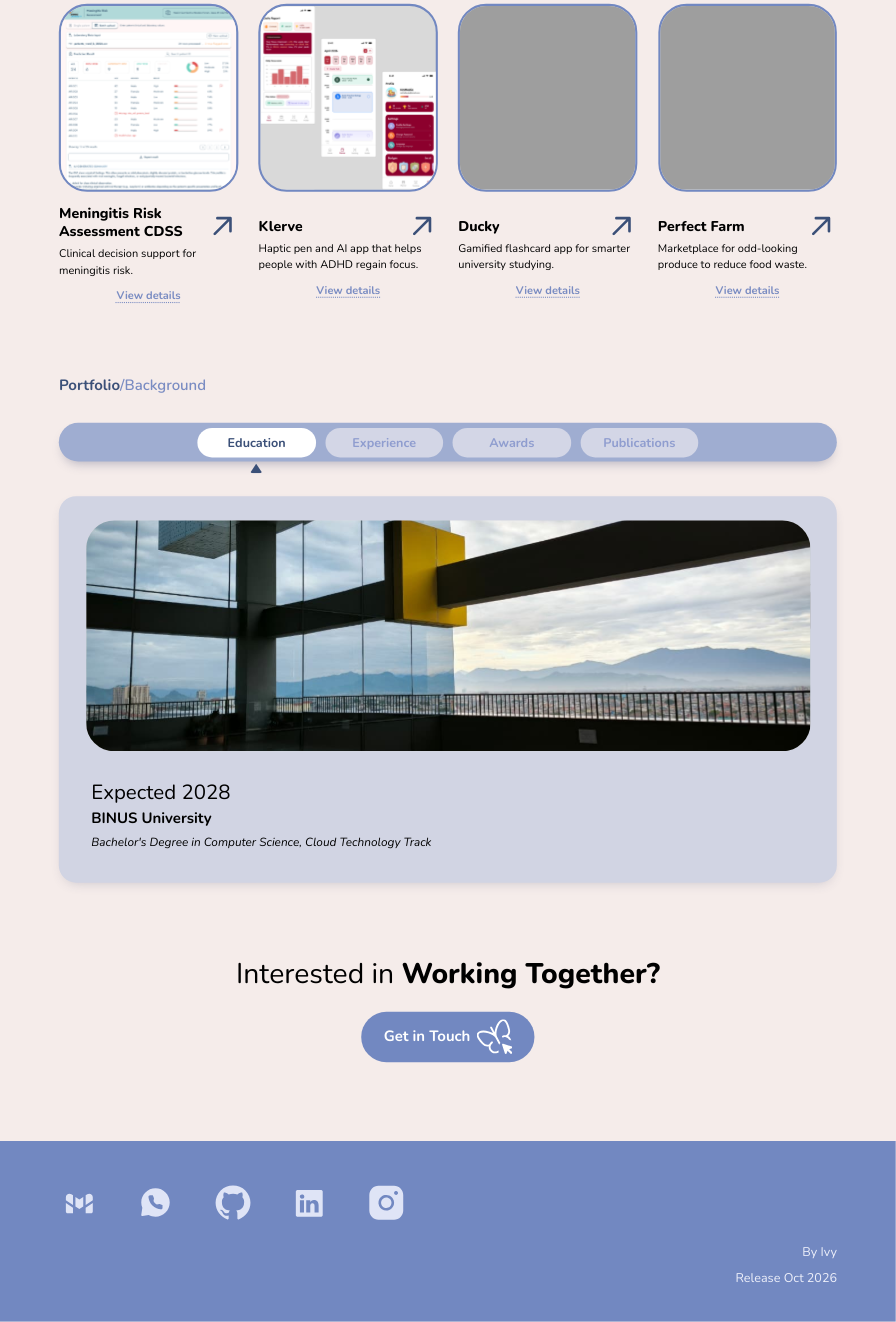
Repository: L-vy/L-vy
Page: /
An editor plug-in stored every save of this project. The page is shown before and after the next save, followed by the edit.
The browser window is 1280 px wide. The pictures show the part of the page from y = 1338 to 3258 px (the page is 3227 px tall before and 3258 px after), at 70% of full size.
Pictures or frames that could not be fetched are drawn as grey boxes. Some web fonts or font styles are not loaded; a fallback is used. The project was rebuilt for these pictures with package versions that can differ from the ones it lists, and the page was loaded fresh each time. Also part of the build but not shown: vite.config.ts, src/components/ExperienceBinder.tsx, src/components/FolderCard.tsx, src/components/ProjectSidebar.tsx, src/pages/ProjectDetails.tsx.

Above is the page before, as saved 2026-10-07 22:01:02.

### index.html
<!doctype html>
<html lang="en">
  <head>
    <meta charset="UTF-8" />
    <meta name="viewport" content="width=device-width, initial-scale=1.0" />
    <meta name="description" content="Portfolio of Latasha Ivy Khoe, Computer Science student specializing in Cloud Technology, UI/UX design and full-stack development." />
    <meta name="theme-color" content="#7288c1" />
    <link rel="icon" href="/images/ivy-logo.svg" />
    <link rel="preconnect" href="https://fonts.googleapis.com" />
    <link rel="preconnect" href="https://fonts.gstatic.com" crossorigin />
    <link href="https://fonts.googleapis.com/css2?family=Nunito:ital,wght@0,400;0,600;0,700;0,800;1,400&family=Playwrite+US+Modern:wght@100..400&display=swap" rel="stylesheet" />
    <title>Latasha Ivy Khoe | Portfolio</title>
  </head>
  <body>
    <div id="root"></div>
    <script type="module" src="/src/main.tsx"></script>
  </body>
</html>

### src/main.tsx
import { StrictMode } from 'react'
import { createRoot } from 'react-dom/client'
import App from './App'
import './styles.css'
createRoot(document.getElementById('root')!).render(<StrictMode><App /></StrictMode>)

### src/App.tsx
import { BrowserRouter, Route, Routes } from 'react-router-dom'
import Home from './pages/Home'
import ProjectDetails from './pages/ProjectDetails'
import CursorCircle from './components/CursorCircle'
export default function App() {
  return (
    <BrowserRouter>
      <CursorCircle />
      <Routes>
        <Route path="/" element={<Home />} />
        <Route path="/recentworks/:id" element={<ProjectDetails />} />
        <Route path="*" element={<Home />} />
      </Routes>
    </BrowserRouter>
  )
}

### src/pages/Home.tsx
import { useEffect } from 'react'
import { useLocation } from 'react-router-dom'
import Navbar from '../components/Navbar'
import Hero from '../components/Hero'
import Skills from '../components/Skills'
import RecentWorks from '../components/RecentWorks'
import Background from '../components/Background'
import ContactSection from '../components/ContactSection'
import Footer from '../components/Footer'
import { pulseContact, scrollToId } from '../components/useGoTo'
export default function Home() {
  const { state } = useLocation() as { state: { scrollTo?: string; pulse?: boolean } | null }
  useEffect(() => {
    if (!state?.scrollTo) { window.scrollTo(0, 0); return }
    const t = setTimeout(() => { scrollToId(state.scrollTo!); if (state.pulse) setTimeout(pulseContact, 700) }, 80)
    return () => clearTimeout(t)
  }, [state])
  return (
  <div style={{transform: 'scale(1.50)',transformOrigin: 'top left',width: '66.667%'}}>
    <>
    <Navbar />
    <main className="page"><Hero /><Skills /><RecentWorks /><Background /><ContactSection /></main>
    <Footer />
    </>
  </div>
  )
}

### src/components/CursorCircle.tsx
import { useEffect, useRef } from 'react'
// Soft circle that follows the pointer and expands over buttons/links. Hidden on touch devices.
export default function CursorCircle() {
  const ref = useRef<HTMLDivElement>(null)
  useEffect(() => {
    if (!window.matchMedia('(hover: hover) and (pointer: fine)').matches) return
    const el = ref.current!
    const move = (e: MouseEvent) => {
      const over = (e.target as Element | null)?.closest('a,button,[data-cursor]')
      el.style.transform = `translate(${e.clientX}px,${e.clientY}px) translate(-50%,-50%) scale(${over ? 1 : 0})`
    }
    const leave = () => { el.style.transform = 'translate(-100px,-100px) scale(0)' }
    window.addEventListener('mousemove', move); document.addEventListener('mouseleave', leave)
    return () => { window.removeEventListener('mousemove', move); document.removeEventListener('mouseleave', leave) }
  }, [])
  return <div ref={ref} className="cursor-circle" aria-hidden="true" />
}

### src/components/Navbar.tsx
import { useEffect, useState } from 'react'
import Icon from './Icon'
import { site } from '../data/site'
import { useGoTo } from './useGoTo'
const tabs = [
  { id: 'home', label: 'Home' },
  { id: 'recent-works', label: 'Recent Works' },
  { id: 'background', label: 'Background' },
]
export default function Navbar() {
  const go = useGoTo(); const [active, setActive] = useState('home')
  useEffect(() => {
    const io = new IntersectionObserver((es) => es.forEach(e => e.isIntersecting && setActive(e.target.id)), { rootMargin: '-40% 0px -55% 0px' })
    tabs.forEach(t => { const el = document.getElementById(t.id); el && io.observe(el) })
    return () => io.disconnect()
  }, [])
  return (
    <header className="nav">
      <nav className="nav-tabs" aria-label="Primary">
        {tabs.map(t => (
          <button key={t.id} className={`nav-tab ${active === t.id ? 'active' : ''}`} aria-label={t.label}
            aria-current={active === t.id ? 'page' : undefined} onClick={() => go(t.id)}>
            {t.id === 'home' ? <img src={site.images.logo} alt="" /> : t.id === 'recent-works' ? <Icon name="recent-works" size={34} /> : <Icon name="background" size={34} />}
          </button>
        ))}
      </nav>
    </header>
  )
}

### src/components/Hero.tsx
import Icon from './Icon'
import { site } from '../data/site'
import { useGoTo } from './useGoTo'
export default function Hero() {
  const go = useGoTo()
  return (
    <section id="home" className="hero">
      <div className="hero-top"><p className="path"><b>Portfolio</b>/Home</p><button className="contact-link" onClick={() => go('contact', true)}>Contact Me</button></div>
      <div className="hero-grid">
        <img className="hero-photo" src={site.images.profile} alt={`Portrait of ${site.name}`}/>
        <div>
          <img className="hello" src={site.images.hello} alt="Hello!" />
          <h1>I’m {site.name}</h1>
          <p className="lead">{site.bio}</p>
          <div className="actions">
            <button className="btn" onClick={() => go('recent-works')}>View my work <Icon name="arrow-right" size={22} /></button>
            <a className="link-dotted grey" href={site.resume} download>Download Resume</a>
          </div>
        </div>
      </div>
      <img className="butterfly" src={site.images.butterfly} alt="" />
    </section>
  )
}

### src/components/Skills.tsx
import { site } from '../data/site'
import Reveal from './Reveal'
export default function Skills() {
  return (
    <Reveal className="intro">
      <p className="intro-text">{site.about}</p>
      <ul className="pills" aria-label="Skills">{site.skills.map(s => <li key={s} className="pill">{s}</li>)}</ul>
    </Reveal>
  )
}

### src/components/RecentWorks.tsx
import { projects } from '../data/projects'
import ProjectCard from './ProjectCard'
import Reveal from './Reveal'
export default function RecentWorks() {
  return (
    <section id="recent-works" className="section">
      <p className="path"><b>Portfolio</b>/RecentWork</p>
      <Reveal className="cards">{projects.slice(0, 4).map(p => <ProjectCard key={p.id} p={p} />)}</Reveal>
    </section>
  )
}

### src/components/Background.tsx
import { useState } from 'react'
import { education, awards, publications } from '../data/background'
import ExperienceBinder from './ExperienceBinder'
import FolderCard from './FolderCard'
import Reveal from './Reveal'
const tabs = ['Education', 'Experience', 'Awards', 'Publications'] as const
type Tab = typeof tabs[number]
export default function Background() {
  const [tab, setTab] = useState<Tab>('Education')
  return (
    <section id="background" className="section">
      <p className="path"><b>Portfolio</b>/Background</p>
      <div className="tabbar" role="tablist" aria-label="Background categories">
        {tabs.map(t => (
          <div key={t} className="tabwrap">
            <button role="tab" aria-selected={tab === t} className={`tab ${tab === t ? 'on' : ''}`} onClick={() => setTab(t)}>{t}</button>
            {tab === t && <span className="pointer" aria-hidden="true" />}
          </div>))}
      </div>
      <div className={`panel ${tab === 'Experience' ? 'bound' : ''}`}>
        <Reveal key={tab} className="fill">
          {tab === 'Education' && (
            <div className="banner">
              <img className="banner-img" src={education.image} alt="BINUS University" loading="lazy" />
              <div className="tx"><h2 className="fx">{education.year}</h2><h3>{education.school}</h3><p>{education.degree}</p></div>
            </div>)}
          {tab === 'Experience' && <ExperienceBinder />}
          {tab === 'Awards' && <div className="folders">{awards.map(c => <FolderCard key={c.title} c={c} />)}</div>}
          {tab === 'Publications' && <div className="folders">{publications.map(c => <FolderCard key={c.title} c={c} />)}</div>}
        </Reveal>
      </div>
    </section>
  )
}

### src/components/ContactSection.tsx
import Icon from './Icon'
import { useGoTo } from './useGoTo'
export default function ContactSection() {
  const go = useGoTo()
  return (
    <section id="contact" className="contact">
      <h2>Interested in <b>Working Together?</b></h2>
      <button className="btn blue" onClick={() => go('contact', true)}>Get in Touch <Icon name="butterfly-cursor" size={34} /></button>
    </section>
  )
}

### src/components/Footer.tsx
import { useEffect, useState } from 'react'
import Icon from './Icon'
import { site, socialLinks } from '../data/site'
const items = [
  { k: 'email', label: 'Email', icon: 'mail' }, { k: 'whatsapp', label: 'WhatsApp', icon: 'whatsapp' },
  { k: 'github', label: 'GitHub', icon: 'github' }, { k: 'linkedin', label: 'LinkedIn', icon: 'linkedin' }, { k: 'instagram', label: 'Instagram', icon: 'instagram' },
] as const
export default function Footer() {
  const [pulse, setPulse] = useState('')
  useEffect(() => {
    const run = () => { setPulse('email'); setTimeout(() => setPulse('whatsapp'), 600); setTimeout(() => setPulse(''), 1300) }
    window.addEventListener('contact-pulse', run); return () => window.removeEventListener('contact-pulse', run)
  }, [])
  return (
    <footer className="footer">
      <ul>{items.map(({ k, label, icon }) => (<li key={k}><a href={socialLinks[k]} aria-label={label} target={k === 'email' ? undefined : '_blank'} rel="noreferrer" className={`ci ${pulse === k ? 'pulse' : ''}`}><Icon name={icon} size={40} /></a></li>))}</ul>
      <p className="footer-by">{site.footer.by}<br />{site.footer.release}</p>
    </footer>
  )
}

### src/components/useGoTo.ts
import { useLocation, useNavigate } from 'react-router-dom'
export const pulseContact = () => window.dispatchEvent(new Event('contact-pulse'))
export function scrollToId(id: string) {
  if (id === 'contact') { window.scrollTo({ top: document.documentElement.scrollHeight, behavior: 'smooth' }); return }
  document.getElementById(id)?.scrollIntoView({ behavior: 'smooth', block: 'start' }) }
/** Navigate to a section on the home page from anywhere. */
export function useGoTo() {
  const nav = useNavigate(); const { pathname } = useLocation()
  return (id: string, pulse = false) => {
    if (pathname === '/') { scrollToId(id); if (pulse) setTimeout(pulseContact, 700) }
    else nav('/', { state: { scrollTo: id, pulse } })
  }
}

### src/components/Icon.tsx
export default function Icon({ name, size = 24, raw = false }: { name: string; size?: number; raw?: boolean }) {
  if (raw) return <img className="icon" src={`/icons/${name}.svg`} alt="" width={size} height={size} />
  const mask = `url(/icons/${name}.svg) center / contain no-repeat`
  return <span className="icon" aria-hidden="true" style={{ display: 'inline-block', width: size, height: size, backgroundColor: 'currentColor', WebkitMask: mask, mask }} />
}

### src/data/site.ts
export const site = {
  name: 'Latasha Ivy Khoe',
  headline: 'Computer Science Student, Cloud Technology',
  bio: 'Computer Science student in cloud technology, UI/UX design, and full-stack programming.',
  about: 'I am a Computer Science student at Bina Nusantara University with a strong background as a published researcher in computer science. I have a deep passion for technology and am currently expanding my expertise in cloud technology, UI/UX design, and full-stack programming. Alongside my technical skills, I am active in student organizations and multidisciplinary problem-solving. My career interest lies in pursuing professional growth within cloud engineering, software development, and innovative tech solutions.',
  skills: ['C++', 'JavaScript', 'HTML', 'CSS', 'Python', 'MySQL', 'Git', 'GitHub', 'Canva', 'Figma'],
  footer: { by: 'By Ivy', release: 'Release Oct 2026' },
  resume: '/resume/ivy-resume.pdf',
  images: { profile: '/images/profile.svg', logo: '/images/ivy-logo.svg', hello: '/images/hello.svg', butterfly: '/images/butterfly.svg' },
}
export const socialLinks = {
  email: 'mailto:latasha.ivy.khoe.2006@gmail.com',
  whatsapp: 'https://wa.me/6282122269122',
  github: 'https://github.com/L-vy',
  linkedin: 'https://www.linkedin.com/in/latasha-ivy-khoe',
  instagram: 'https://www.instagram.com/livy_khu',
}

### src/components/Reveal.tsx
import { useEffect, useRef, useState, type ReactNode } from 'react'
export default function Reveal({ children, className = '' }: { children: ReactNode; className?: string }) {
  const ref = useRef<HTMLDivElement>(null); const [on, setOn] = useState(false)
  useEffect(() => {
    const io = new IntersectionObserver(([e]) => { if (e.isIntersecting) { setOn(true); io.disconnect() } }, { threshold: 0.1 })
    if (ref.current) io.observe(ref.current); return () => io.disconnect()
  }, [])
  return <div ref={ref} className={`reveal ${on ? 'in' : ''} ${className}`}>{children}</div>
}

### src/components/ProjectCard.tsx
import { Link } from 'react-router-dom'
import Icon from './Icon'
import type { Project } from '../data/projects'
export default function ProjectCard({ p }: { p: Project }) {
  return (
    <article className="card">
      <Link to={`/recentworks/${p.id}`} className="card-img" aria-label={`Open ${p.title}`}>
        <img src={p.image} alt={`${p.title} screenshot`} loading="lazy" width={400} height={420} />
      </Link>
      <div className="card-title"><h3 className="clamp" title={p.title}>{p.title}</h3><Icon name="arrow-up-right" size={30} /></div>
      <p className="card-sum">{p.shortDescription}</p>
      <div className="card-links">
        <Link className="link-dotted" to={`/recentworks/${p.id}`}>View details</Link>
      </div>
    </article>
  )
}

### src/data/background.ts
export interface CardEntry { title: string; sub: string; text: string; date: string; image?: string; link?: string; hint?: string }
export interface OrgItem { title: string; text: string; listTitle: string; list: string[] }
export const education = { image: '/images/education.svg', year: 'Expected 2028', school: 'BINUS University', degree: "Bachelor's Degree in Computer Science, Cloud Technology Track" }
// In text fields, **double asterisks** render as bold.
export interface OrgItem { title: string; text: string; listTitle: string; list: string[]; photos?: string[] }
export const experience = {
  organization: [
    { title: 'Bina Nusantara Computer Club', listTitle: 'Roles', list: ['Learning and Training (LnT) Staff of Board 37'],
      photos: ['/images/experience/bncc-1.svg', '/images/experience/bncc-2.svg', '/images/experience/bncc-3.svg'],
      text: 'Active contributor and leader managing community programs, educational initiatives, and large-scale tech events. Experienced in front-end class coordination, design direction (mood boards, branding, and digital assets), and seamless online event execution via Zoom.' },
    { title: 'Lab Curiosity', listTitle: 'Competitions', list: ['GoGlobal Innovators Challenge 2025 (UK & SEA Edition)', 'The 6th WINACTION International Business Model Canvas Competition', 'Agrivition Pekan Penalaran'],
      text: 'Active member and innovator collaborating with multidisciplinary, multicultural teams to design business models and pitch SDG-driven solutions. Experienced in professional training focused on advanced problem-solving, teamwork, and high-impact presentations.' },
  ] as OrgItem[],
  leadership: { title: 'Freshmen Leader & Partner', subtitle: 'First Year Program BINUSIAN 29',
    photos: ['/images/experience/lead-1.svg', '/images/experience/lead-2.svg', '/images/experience/lead-3.svg'],
    text: 'Experienced student leader who guided incoming freshmen through university orientation, mentored student groups, and facilitated classroom sessions. Delivered presentations on institutional values and coordinated a community tree planting project aligned with the SDGs.' },
  other: { title: 'IJSRS 2026', subtitle: 'Presenting in a Student Research Symposium',
    photos: ['/images/experience/ijsrs-1.svg', '/images/experience/ijsrs-2.svg'],
    text: 'Presented an ongoing research project titled "**Intelliseed: a drone for reforestation**" at the symposium. An autonomous seed-planting drone system that utilizes sensors and remote mapping to perform automated, cost-effective reforestation in hard-to-reach areas.' },
}
// Add `image: '/images/awards/xyz.svg'` to a card to replace its gray placeholder.
export const awards: CardEntry[] = [
  { title: 'WINACTION International Business Model Canvas Competition', sub: 'Top 4 Finalist', date: '05.2025', image: '/images/awards/winaction.svg',
    text: 'Developed Morive, a compact solar-powered atmospheric water generator using local moringa-seed filtration to address water scarcity.' },
  { title: 'Agrivition Pekan Penalaran', sub: 'Finalist', date: '12.2024', image: '/images/awards/agrivition.svg',
    text: 'Designed a regenerative agriculture framework combining drip irrigation, biochar, and vermicomposting to tackle drought and porous soil.' },
]
// TODO: replace the example.com links with the real paper URLs.
export const publications: CardEntry[] = [
  { title: 'Application of First-Order Markov Chain Models in Earthquake Activity Prediction', sub: 'IEEE INFINITYS 2026', date: '2026', link: 'https://ieeexplore.ieee.org/document/11665972', image: '/images/publications/infinitys.svg',
    hint: '2026 IEEE International Conference on Instrumentation, Networks, Future Sustainability, Information Theory, Transportation, and Systems',
    text: 'Explored first-order Markov chain models to analyze and forecast patterns in earthquake activity in Indonesia.' },
  { title: 'Cost sensitive ordinal classification for meningitis risk stratification considering clinical aspects to minimize false negatives', sub: 'ICCSCI 2026', date: '2026', link: 'https://www.sciencedirect.com/science/article/pii/S1877050926029558', image: '/images/publications/iccsci.svg',
    hint: 'The 11th International Conference on Computer Science and Computational Intelligence 2026',
    text: 'Investigated cost-sensitive ordinal classification to minimize false negatives in meningitis risk stratification using clinical metrics.' },
]

Loaded but not shown: src/styles.css (193 lines, source omitted); src/data/projects.ts (42 lines, source omitted)

After the next save:
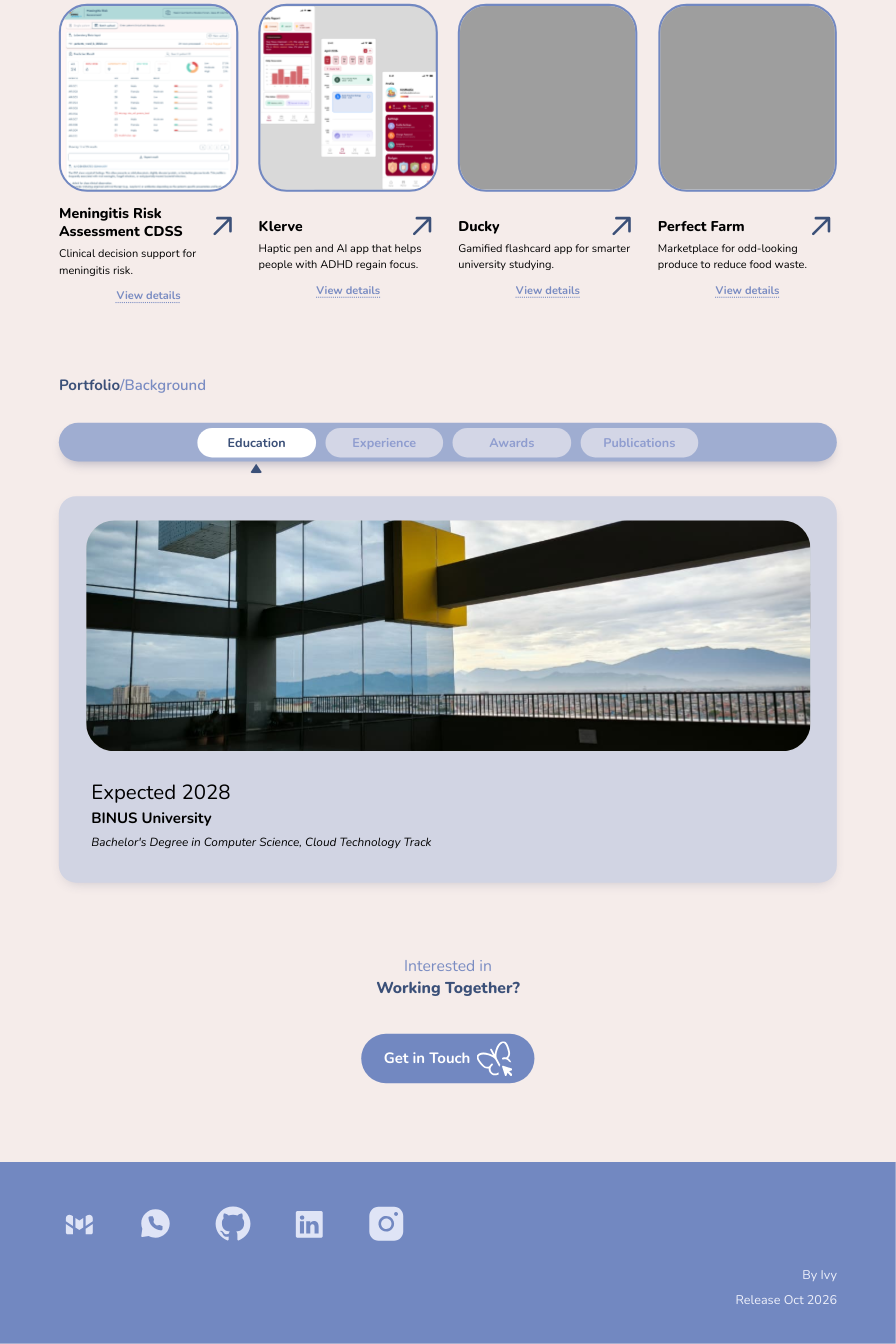
Saved 6 s later.
--- a/src/components/ContactSection.tsx
+++ b/src/components/ContactSection.tsx
@@ -4,7 +4,7 @@ export default function ContactSection() {
   const go = useGoTo()
   return (
     <section id="contact" className="contact">
-      <h2>Interested in <b>Working Together?</b></h2>
+      <p className="endnote">Interested in <div className="endnote-highlight">Working Together?</div></p>
       <button className="btn blue" onClick={() => go('contact', true)}>Get in Touch <Icon name="butterfly-cursor" size={34} /></button>
     </section>
   )
